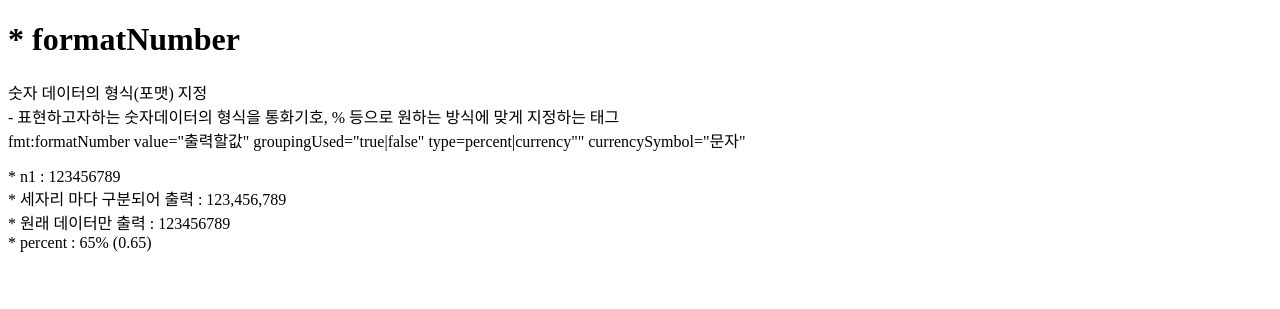
Repository: kkh1396/kh_front
Page: http://localhost/2_jsp/views/4_CustomAction/3_fmt.jsp
These files come from the project's save history. The page is drawn as it stood at one moment and after the next save; the edit follows.
The browser window is 1280 px wide. The pictures show the whole page.
The page is served by Tomcat 9. Nobody is signed in. The application's start-up code is not run. Other server files are loaded and not shown.

Above is the page before, as saved 2025-03-21 06:46:51.

### 05_server/2_jsp/src/main/webapp/views/4_CustomAction/3_fmt.jsp
<%@ page language="java" contentType="text/html; charset=UTF-8"
    pageEncoding="UTF-8"%>
<%@ taglib prefix="c" uri="http://java.sun.com/jsp/jstl/core" %>
<%@ taglib prefix="fmt" uri="http://java.sun.com/jsp/jstl/fmt" %>

<!DOCTYPE html>
<html>
<head>
<meta charset="UTF-8">
<title>JSTL - fmt</title>
</head>
<body>
		<h1> * formatNumber </h1>
		<p>
		    숫자 데이터의 형식(포맷) 지정 <br>
		    - 표현하고자하는 숫자데이터의 형식을 통화기호, % 등으로 원하는 방식에 맞게 지정하는 태그
		    <br>

		    fmt:formatNumber value="출력할값"
							groupingUsed="true|false"
		    				type=percent|currency"" currencySymbol="문자"

		</p>

		<c:set var="n1" value="123456789"/>
		<c:set var="n2" value="0.65"/>
		<c:set var="n3" value="50000"/>

		* n1 : ${ n1 } <br>
		* 세자리 마다 구분되어 출력 : <fmt:formatNumber value="${ n1 }"/> <br>
		<%--  <fmt:formatNumber value="${ n1 }" groupingUsed="true" /> <br>  --%>
		* 원래 데이터만 출력 :  <fmt:formatNumber value="${ n1 }" groupingUsed="false" />

		<br>
		* percent : <fmt:formatNumber value="${ n2 }" type="percent"/>
		 (<fmt:formatNumber value="${ n2 }" />)
		 <br>









</body>
</html>

After the next save:
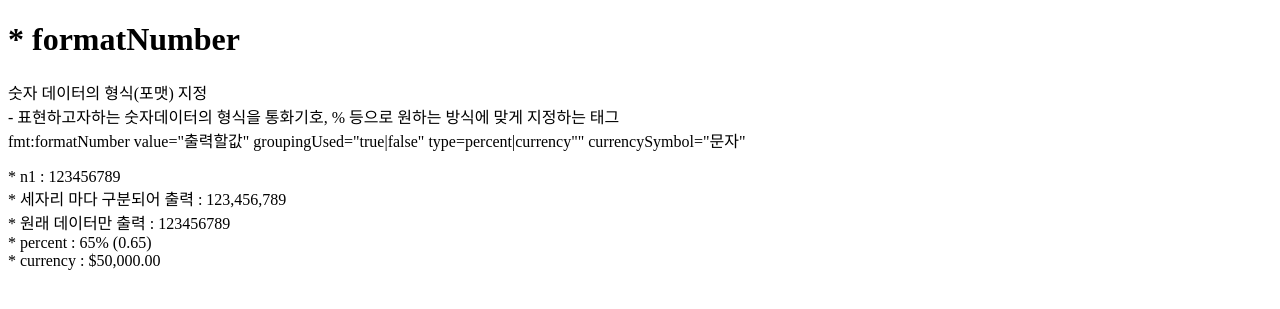
Saved 48 s later.
--- a/05_server/2_jsp/src/main/webapp/views/4_CustomAction/3_fmt.jsp
+++ b/05_server/2_jsp/src/main/webapp/views/4_CustomAction/3_fmt.jsp
@@ -34,9 +34,10 @@
 		<br>
 		* percent : <fmt:formatNumber value="${ n2 }" type="percent"/>
 		 (<fmt:formatNumber value="${ n2 }" />)
-		 <br>
 
+		<br>
 
+		* currency : <fmt:formatNumber value="${ n3 }" type="currency"/>
 
 
 
